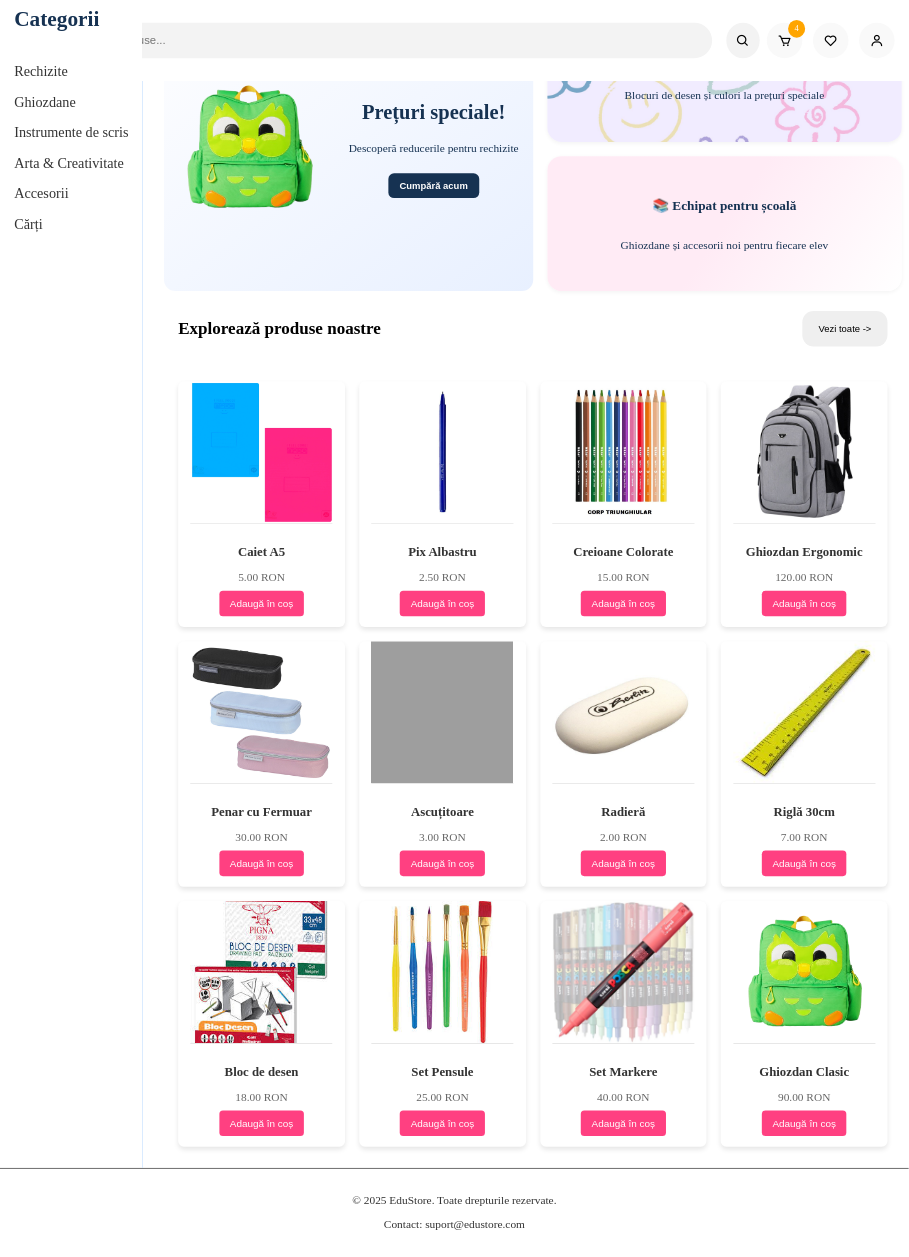
Repository: Roxana5504/WebDev-Project
Page: frontend/index.html
These files come from the project's save history. The page is drawn as it stood at one moment and after the next save; the edit follows.
The browser window is 1280 px wide. The pictures show the whole page, at 71% of full size.
Pictures or frames that could not be fetched are drawn as grey boxes.

Above is the page before, as saved 2025-04-23 17:39:46.

After the next save:
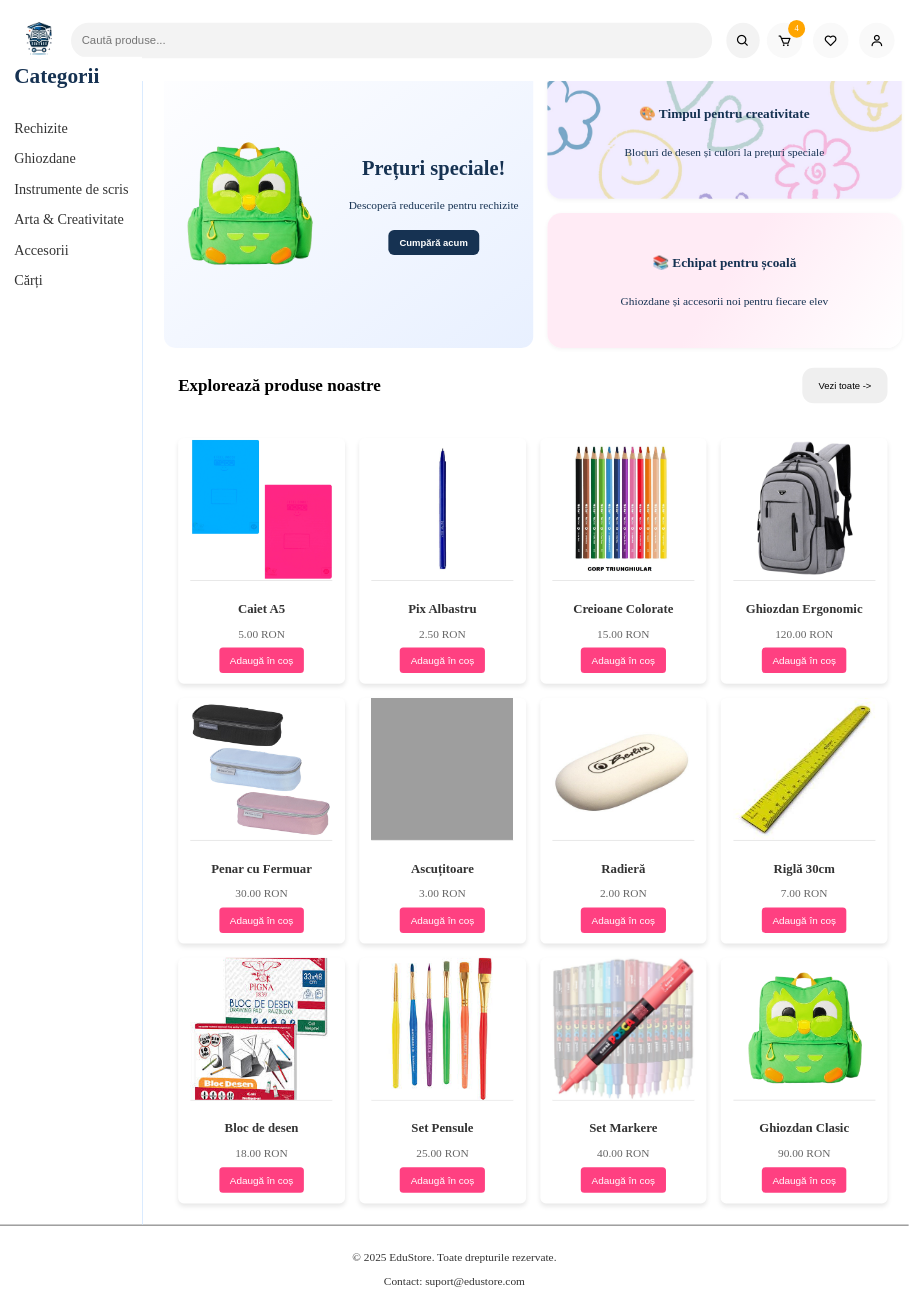
Saved 6 s later.
--- a/frontend/styles.css
+++ b/frontend/styles.css
@@ -4,7 +4,7 @@ body {
   height: auto; /* nu mai forțăm 100% */
   min-height: 100%;
   margin: 0;
-  padding-top: 40;
+  padding-top: 40px;
   overflow-x: hidden;
 }
 
